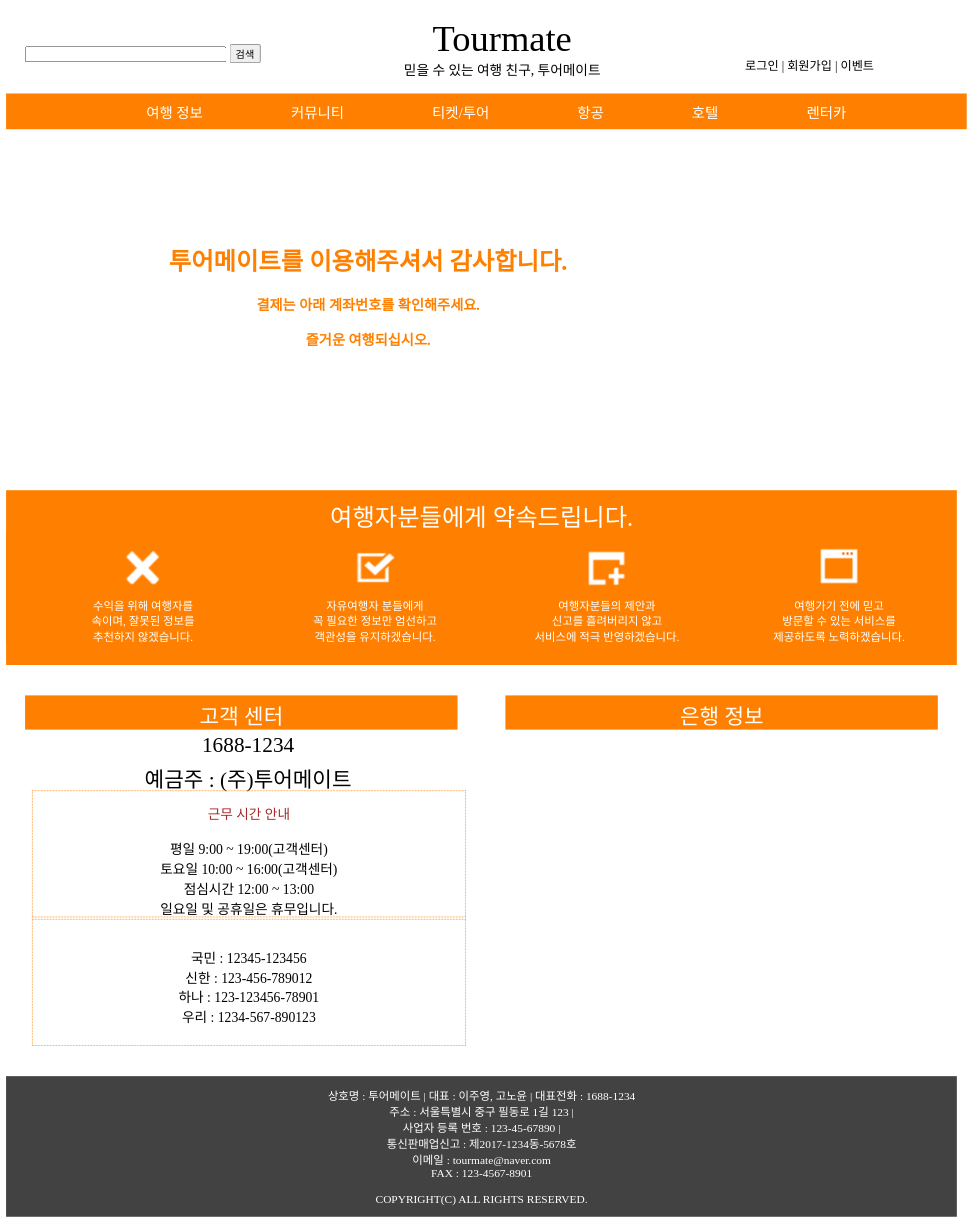
Repository: nohyoonko/2017-2-WP-Tourmate
Page: http://localhost/Tourmate/항공_ok.jsp
The author's editor kept a copy of each file at every save. The page is drawn from the files as they stood at one save, then again after the next save.
The browser window is 1280 px wide. The pictures show the whole page, at 76% of full size.
Some web libraries are served in a nearby version. The page is served by Tomcat 9. Other server files are loaded and not shown.

Above is the page before, as saved 2017-12-06 13:23:30.

### eclipse-workspace/Tourmate/WebContent/항공_ok.jsp
<%@ page contentType="text/html; charset=UTF-8" pageEncoding="UTF-8"%>
<!DOCTYPE html>
<html lang="ko">
	<head>
		<meta http-equiv="Content-Type" content="text/html; charset=UTF-8" />
		<title>투어메이트</title>
		<script src="http://code.jquery.com/jquery-1.10.1.js"></script>
		<style>
		.whitebox {
         height:200px;
         width:700px;
         color:#FF8000;
         margin:10%;
      }
		</style>
	</head>
	<body>
		<!-- 제목+메뉴바를 포함한 Header.jsp 파일을 include -->
 		<jsp:include page="Header.jsp" flush="false"/>
		<br><br>
		<div class="whitebox">
			<center>
			<h1>투어메이트를 이용해주셔서 감사합니다.</h1>
			<h3>결제는 아래 계좌번호를 확인해주세요.</h3>
			<h3>즐거운 여행되십시오.</h3>
			</center>
		</div>
		<!-- 회사 정보와 약속을 포함한 Footer.jsp 파일을 include -->
		<jsp:include page="Footer.jsp" flush="false"/>
	</body>
</html>

### eclipse-workspace/Tourmate/WebContent/Header.jsp
<%@ page language="java" contentType="text/html; charset=UTF-8"
    pageEncoding="UTF-8"%>
<!DOCTYPE html PUBLIC "-//W3C//DTD HTML 4.01 Transitional//EN" "http://www.w3.org/TR/html4/loose.dtd">
<html>
<head>
	<meta http-equiv="Content-Type" content="text/html; charset=UTF-8">
	<title>투어메이트</title>
    <style>
        div { font-family: "함초롬돋움"; }

        div.header1 {
            width: 30%;
            float: left;
            margin-left: 25px;
            margin-top: 50px;
        }

        div.header2 {
            width: 33%;
            height: 60px;
            float: left;
            margin-left: 40px;
            margin-top: 15px;
            color: black;
        }

      	div.header2 > a {
        	color:black; text-decoration:none;
      	}

        div.header3 {
            width: 31%;
            height: 50px;
            float: left;
            margin-right: 10px;
            margin-top: 65px;
        }

        .menubar {
 			background: #FF8000;
 			display: inline-block;
  			width: 100%;
		}
		.main { margin: 0; padding: 0; font-size: 19px; }
		.main li {
			padding:0% 3% 0% 3%;
  			float: left;
  			list-style:none;
  			position: relative;
		}
		.main li:first-child { margin-left: 10%; }
		.main li:hover { background: #984807; }
		.main a {
  			color: white;
  			display: block;
  			padding: 10px 20px;
  			text-decoration: none;
		}
		.main ul {
  			background: white;
  			display: none;
  			padding: 0;
  			position: absolute;
  			left: 0;
  			top: 100%;
  			z-index: 2;
  			width: 210px;
		}
		.main ul li { float: none; margin-left: 10%; }
		.main ul a { color: #984807; }
		.main ul li:hover { background: white; }
		.main ul li:hover>a { color: #FF8000; }
	</style>
</head>
<body>
    <div class="header1">
        <input type="text" size=30>
        <input type="submit" value="검색">
    </div>
    <a href="투어메이트.html">
    <div class="header2">
        <center>
            <font face="HYHeadLine" size="7">Tourmate</font><br>
            <font face="함초롬돋움" size="4">믿을 수 있는 여행 친구, 투어메이트</font>
        </center>
    </div>
    </a>
    <div class="header3">
        <center>
            <font size="3">로그인 | 회원가입 | 이벤트</font>
        </center>
    </div>

    <!--상단 메뉴바와 하위 메뉴-->
    <script src="//code.jquery.com/jquery.min.js"></script>
	<script>
	$(function(){
  		$(".main li").hover(function(){
    		$('ul:first',this).show();
  		}, function(){
    		$('ul:first',this).hide();
  		});
	});
	</script>

        <div class="menubar">
        <ul class="main">
            <li>
                 <a href="#">여행 정보</a>
                 <ul>
                  <li><a href="인기_여행_도시.jsp">인기 여행 도시</a></li>
                  <li><a href="여행_준비.jsp">여행 준비</a></li>
               </ul>
            </li>

            <li>
                <a href="#">커뮤니티</a>
                <ul>
                    <li><a href="여행_후기.jsp">여행 후기</a></li>
                </ul>
            </li>

            <li>
                <a href="#">티켓/투어</a>
                <ul>
                    <li><a href="티켓투어_한국.jsp">한국</a></li>
                    <li><a href="티켓투어_홍콩.jsp">홍콩</a></li>
                    <li><a href="티켓투어_일본.jsp">일본</a></li>
                    <li><a href="티켓투어_싱가포르.jsp">싱가포르</a></li>
                    <li><a href="티켓투어_대만.jsp">대만</a></li>
                </ul>
            </li>

            <li><a href="항공.jsp">항공</a></li>
            <li><a href="호텔.jsp">호텔</a></li>
            <li><a href="렌터카.jsp">렌터카</a></li>
        </ul>
    </div>
</body>
</html>

### eclipse-workspace/Tourmate/WebContent/Footer.jsp
<%@ page language="java" contentType="text/html; charset=UTF-8"
    pageEncoding="UTF-8"%>
<!DOCTYPE html PUBLIC "-//W3C//DTD HTML 4.01 Transitional//EN" "http://www.w3.org/TR/html4/loose.dtd">
<html>
<head>
	<meta http-equiv="Content-Type" content="text/html; charset=UTF-8">
	<title>투어메이트</title>
    <style>
        div { font-family: "함초롬돋움"; }

       div.footer{
         width:99%;
         height:220px;
         float:left;
         background-color:#FF8000;
         color:white;
         text-align:center;
         padding-top:10px;
      }
      div.promise{
         width:20%;
         float:left;
         height:140px;
         background-color:#FF8000;
         color:white;
         font-size:15px;
         text-align:center;
         padding-top:5px;
         padding-left:55px;
      }
      div.footer2{
         width:45%;
         height:40px;
         float:left;
         font-size:28px;
         background-color:#FF8000;
         color:white;
         text-align:center;
         padding-top:5px;
         margin-left:2%;
         margin-right:3%;
         margin-top:40px;
      }
      div.footer3{
         width:45%;
         height:35px;
         float:left;
         font-size:28px;
         text-align:center;
         padding-top:4px;
         margin-left:34px;
         margin-right:34px;
      }
      div.footer4{
         width:45%;
         height:150px;
         float:left;
         font-size:18px;
         text-align:center;
         padding-top:15px;
         margin-top:2px;
         margin-left:34px;
         margin-right:34px;
         border-width: 1px;
         border-style : dotted;
         border-color : #FF8000;
      }
      div.footer5{
         width:99%;
         height:170px;
         font-size:15px;
         background-color:#424242;
         color:white;
         float:left;
         text-align:center;
         padding-top:15px;
         margin-top:40px;
      }
       #fo {width:60px; height:60px; padding:10px 70px 5px 70px;}
	</style>
</head>
<body>
       <div class="footer">
         <font size="6">여행자분들에게 약속드립니다.</font><br>
         <div class="promise">
            <img id="fo" src="main/footer 그림1.png"><br>
            수익을 위해 여행자를<br>
            속이며, 잘못된 정보를<br>
            추천하지 않겠습니다.
         </div>
         <div class="promise">
            <img id="fo" src="main/footer 그림2.png"><br>
            자유여행자 분들에게<br>
            꼭 필요한 정보만 엄선하고<br>
            객관성을 유지하겠습니다.
         </div>
         <div class="promise">
            <img id="fo" src="main/footer 그림3.png"><br>
            여행자분들의 제안과<br>
            신고를 흘려버리지 않고<br>
            서비스에 적극 반영하겠습니다.
         </div>
         <div class="promise">
            <img id="fo" src="main/footer 그림4.png"><br>
            여행가기 전에 믿고<br>
            방문할 수 있는 서비스를<br>
            제공하도록 노력하겠습니다.
         </div>
      </div>
      <br>
      <div class="footer2">고객 센터</div>
      <div class="footer2">은행 정보</div>
      <br>
      <div class="footer3">1688-1234</div>
      <div class="footer3">예금주 : (주)투어메이트</div>
      <br>
      <div class="footer4">
         <font color="brown" size="4">근무 시간 안내</font><br><br>
         평일 9:00 ~ 19:00(고객센터)<br>
         토요일 10:00 ~ 16:00(고객센터)<br>
         점심시간 12:00 ~ 13:00<br>
         일요일 및 공휴일은 휴무입니다.<br>
      </div>
      <div class="footer4"><br>
         국민 : 12345-123456<br>
         신한 : 123-456-789012<br>
         하나 : 123-123456-78901<br>
         우리 : 1234-567-890123<br>
      </div>
      <div class="footer5">
         상호명 : 투어메이트 | 대표 : 이주영, 고노윤 | 대표전화 : 1688-1234<br>
         주소 : 서울특별시 중구 필동로 1길 123 | <br>
         사업자 등록 번호 : 123-45-67890 |<br>
         통신판매업신고 : 제2017-1234동-5678호<br>
         이메일 : tourmate@naver.com<br>
         FAX : 123-4567-8901<br><br>
         COPYRIGHT(C) ALL RIGHTS RESERVED.<br>
      </div>
</body>
</html>

After the next save:
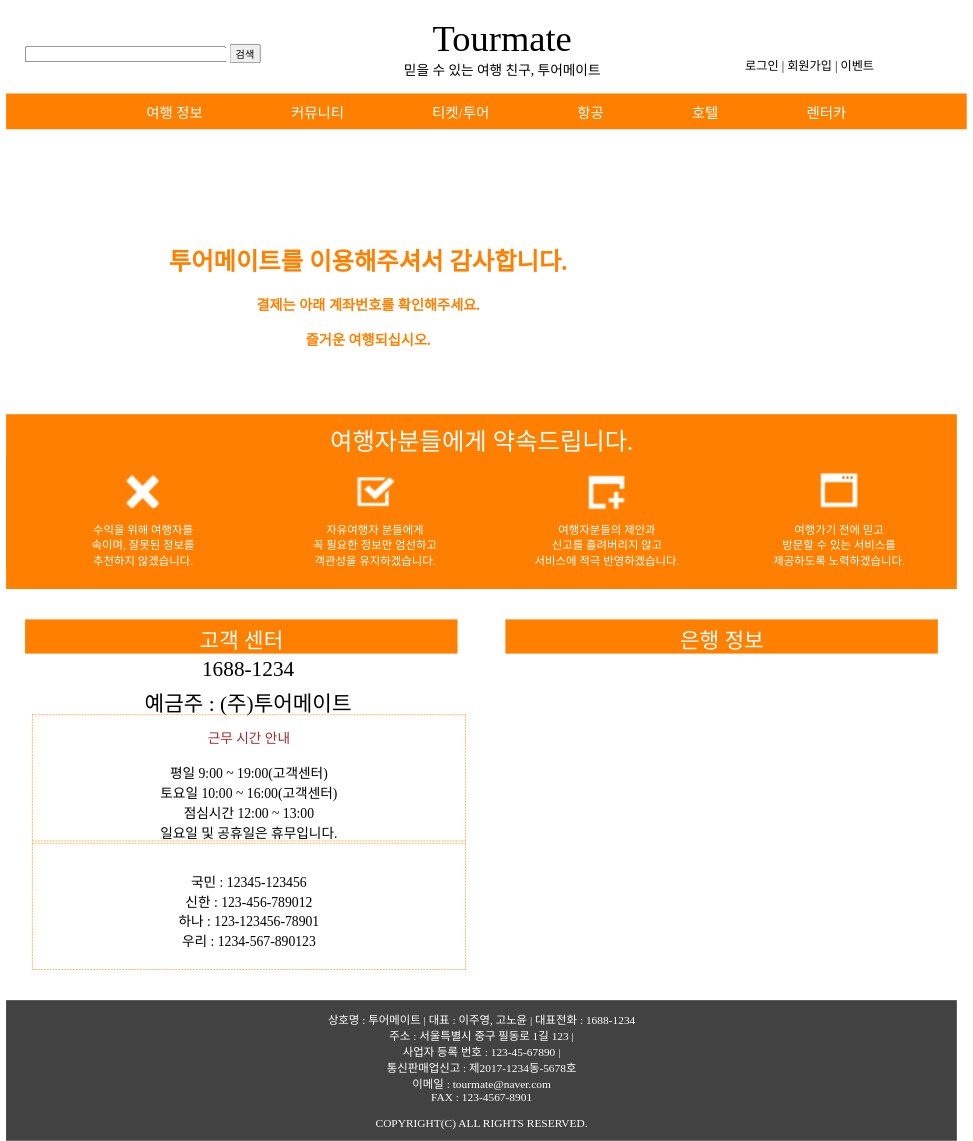
Saved 7 s later.
--- a/eclipse-workspace/Tourmate/WebContent/항공_ok.jsp
+++ b/eclipse-workspace/Tourmate/WebContent/항공_ok.jsp
@@ -7,7 +7,7 @@
 		<script src="http://code.jquery.com/jquery-1.10.1.js"></script>
 		<style>
 		.whitebox {
-         height:200px;
+         height:100px;
          width:700px;
          color:#FF8000;
          margin:10%;
